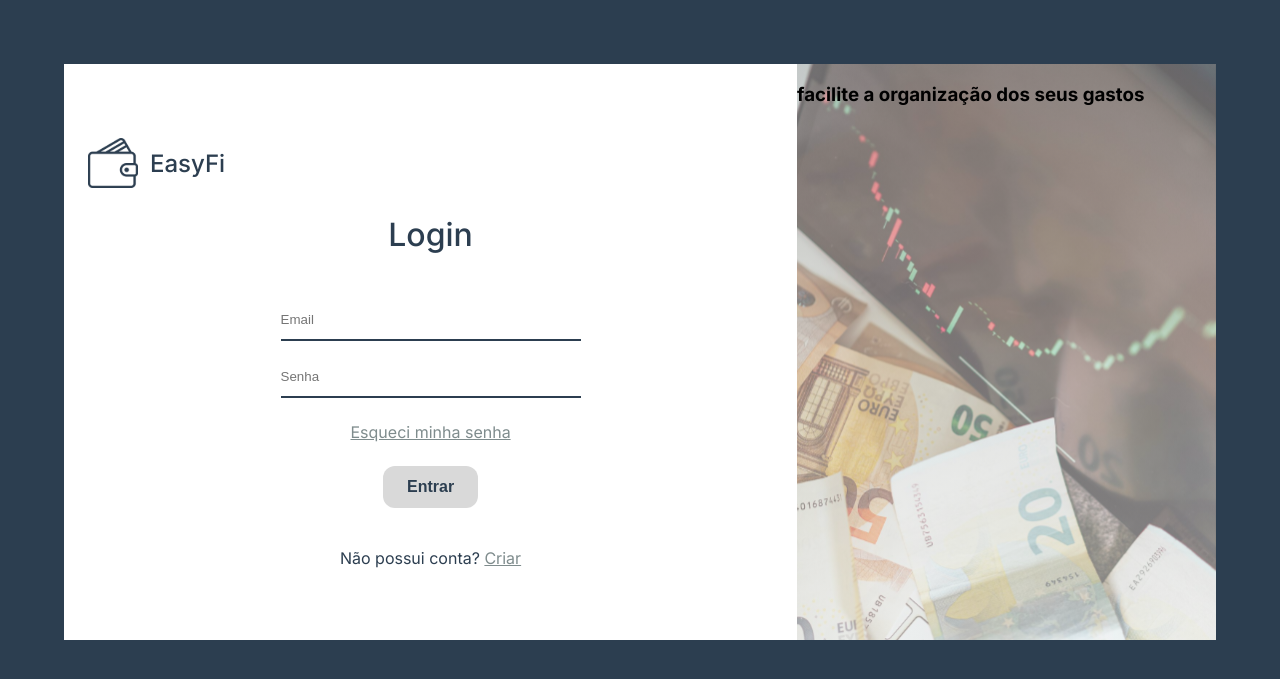
Repository: Ingridiag/projeto-engenharia
Page: login.html
An editor plug-in stored every save of this project. The page is shown before and after the next save, followed by the edit.
The browser window is 1280 px wide. The pictures show the whole page.

Above is the page before, as saved 2024-10-28 17:42:05.

After the next save:
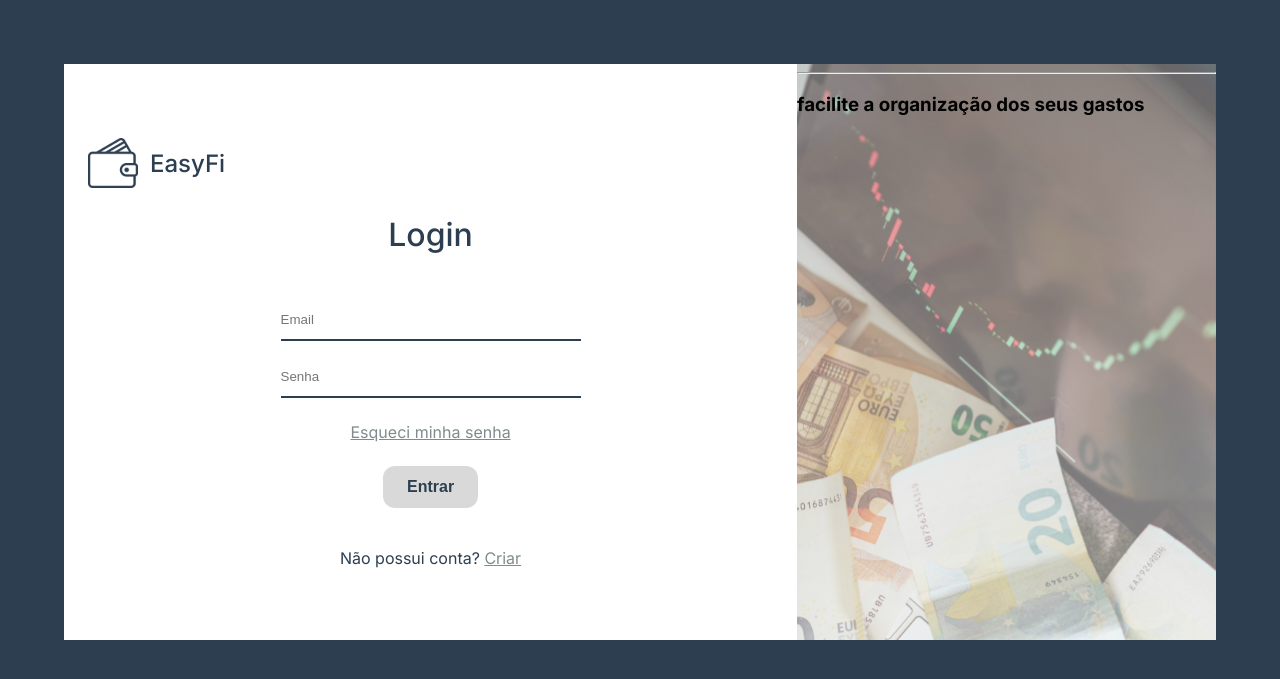
Saved 43 s later.
--- a/login.html
+++ b/login.html
@@ -47,9 +47,12 @@ rel="stylesheet">
                 </div>
             </div>
             <div class="decor">
-                <h3 class="mensagem">
-                    facilite a organização dos seus gastos
-                </h3>
+                <div class="mensagem">
+                    <hr>
+                    <h3>
+                        facilite a organização dos seus gastos
+                    </h3>
+                </div>
 
             </div>
         </div>
